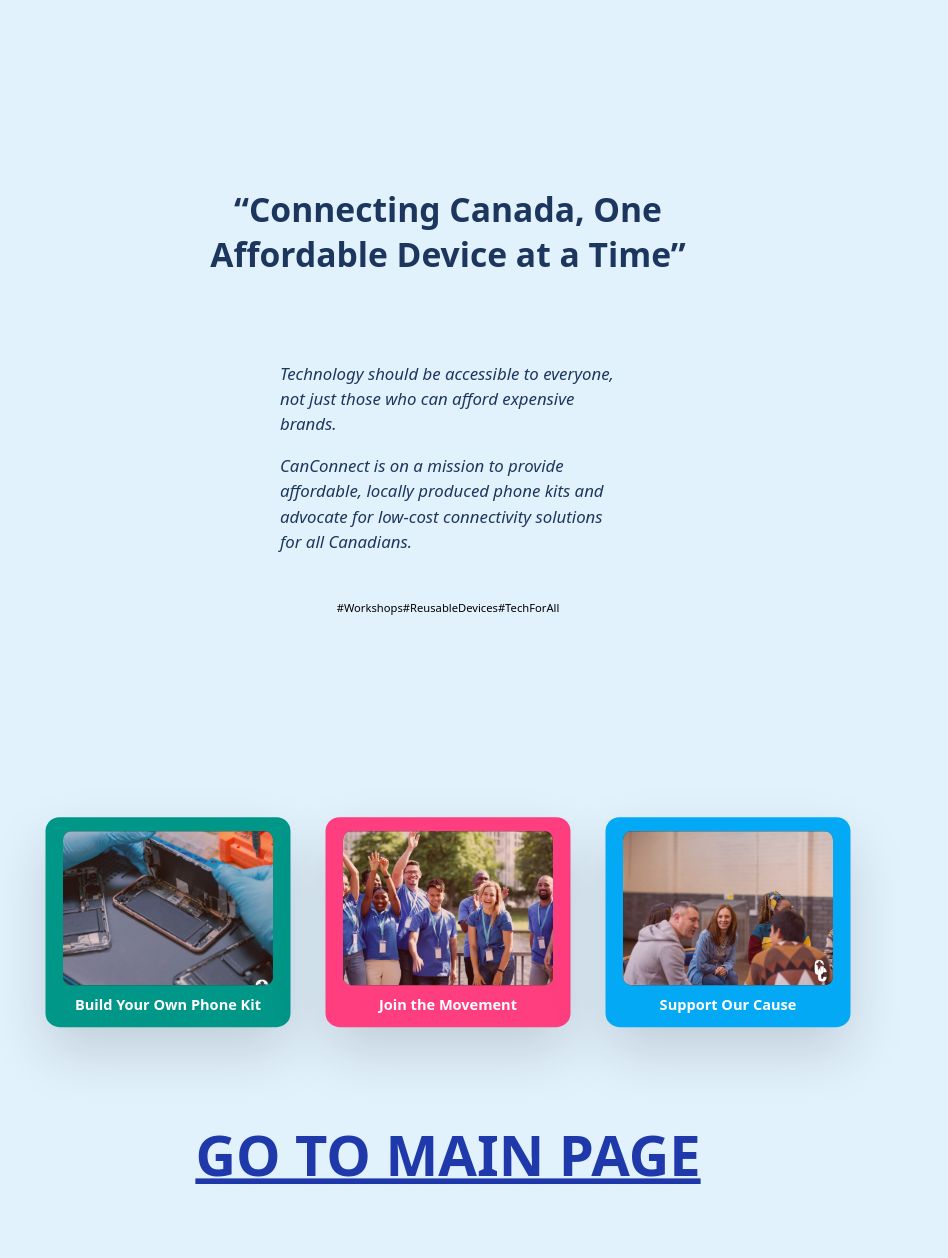
Repository: katelynyew/communityWebsite
Page: index.html
These files come from the project's save history. The page is drawn as it stood at one moment and after the next save; the edit follows.
The browser window is 1280 px wide. The page is 1354 px wide, so the pictures cover 1354 px, including what lies to the right of the window. The pictures show the part of the page from y = 2278 to 4118 px (the page is 4075 px tall before and 4118 px after), at 70% of full size.
Some web fonts or font styles are not loaded; a fallback is used. Some web libraries are served in a nearby version.

Above is the page before, as saved 2025-04-03 04:32:40.

After the next save:
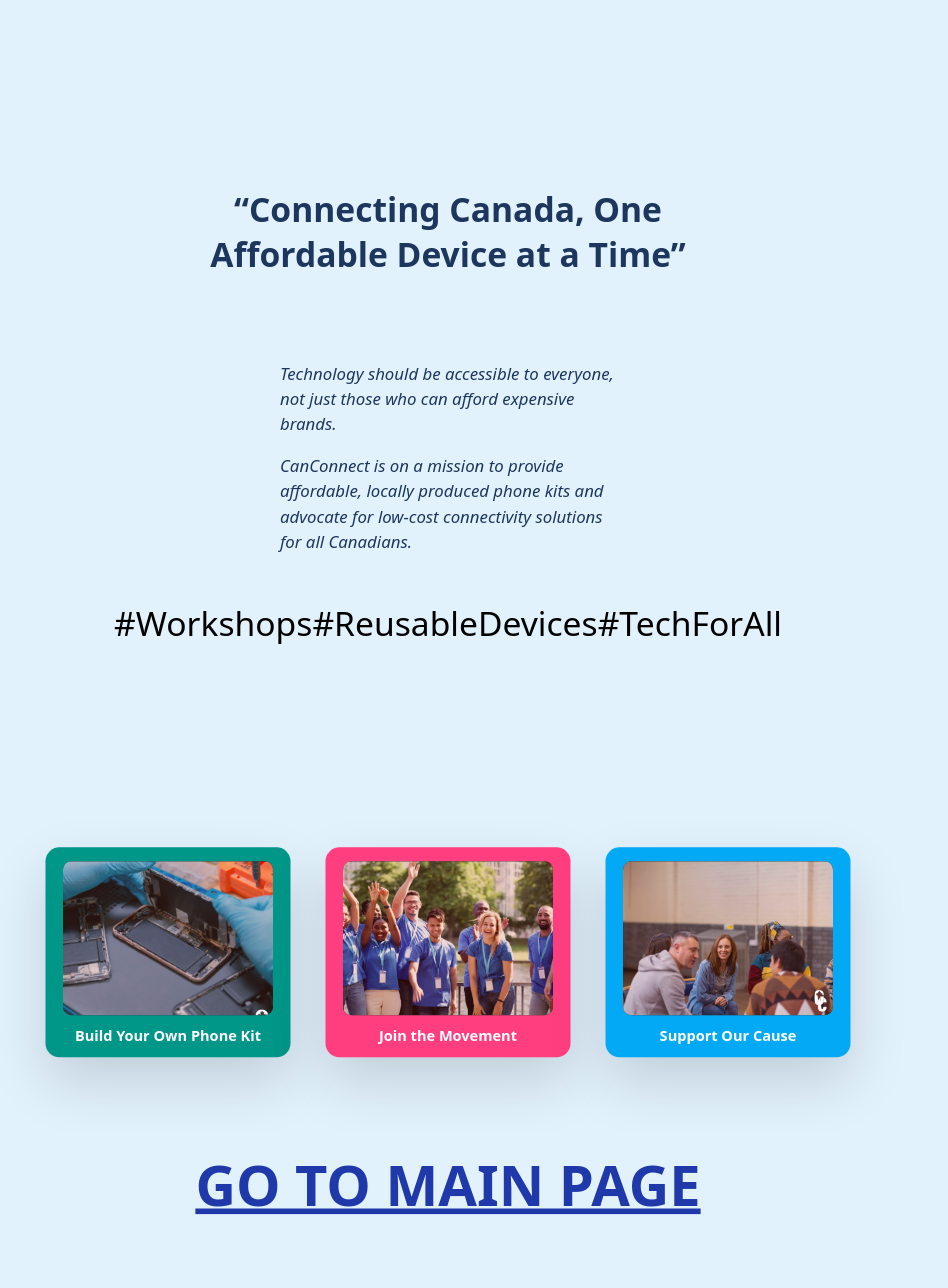
Saved 25 s later.
--- a/style.css
+++ b/style.css
@@ -222,7 +222,9 @@
     justify-content: center;
     align-items: center;
 }
-
+.row    p {
+    font-size: 3rem;
+}
 .container {
     top:60%;
     background-color: rgb(226, 242, 253);
